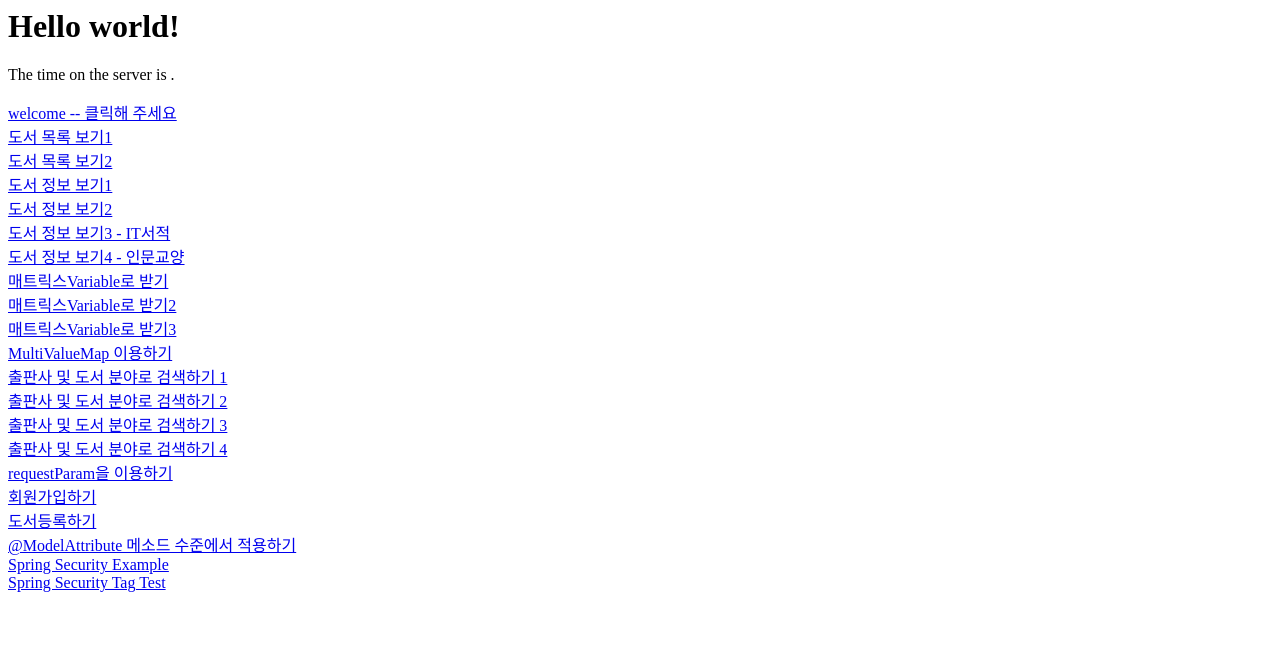
Repository: heojun0827/SpringLegacy
Page: http://localhost/book/WEB-INF/views/home.jsp
These files come from the project's save history. The page is drawn as it stood at one moment and after a run of saves; the edit follows.
The browser window is 1280 px wide. The pictures show the whole page.
The page is served by Tomcat 9. Nobody is signed in. Other server files are loaded and not shown. The template is opened directly, without the code that normally fills it, so the values that code supplies are empty.

Above is the page before, as saved 2023-07-12 07:31:23.

### book/src/main/webapp/WEB-INF/views/home.jsp
<%@ page language="java" contentType="text/html; charset=UTF-8" pageEncoding="UTF-8"%>
<%@ taglib uri="http://java.sun.com/jsp/jstl/core" prefix="c" %>
<%@ page session="false" %>
<html>
<head>
	<title>Home</title>
</head>
<body>
	<h1>
		Hello world!
	</h1>

	<P>  The time on the server is ${serverTime}. </P>
	<a href="/home">welcome -- 클릭해 주세요</a><br>
	<a href="/books">도서 목록 보기1</a><br>
	<a href="/books/all">도서 목록 보기2</a><br>
	<a href="/test/t1/ISBN-13">도서 정보 보기1</a><br>
	<a href="/test/t2/에세이/publisher/대학문화사">도서 정보 보기2</a><br>
	<a href="/books/IT서적">도서 정보 보기3 - IT서적</a><br>
	<a href="/books/인문교양">도서 정보 보기4 - 인문교양</a><br>
	<a href="/test/t3/ISBN=300;category=인문교양">매트릭스Variable로 받기</a><br>
	<a href="/test/t5/ISBN-500;publisher=좋은책/category/IT서적;publisher=아이티">매트릭스Variable로 받기2</a><br>
	<a href="/test/t6/ISBN=600">매트릭스Variable로 받기3</a><br>
	<a href="/test/t7/ISBN=700;publisher=더조은;name=스프링/category/IT서적;publisher=아이티;author=아카데미">MultiValueMap 이용하기</a><br>
	<a href = "/books/filter/bookFilter;publisher=한길사;category=인문교양">출판사 및 도서 분야로 검색하기 1</a><br>
	<a href = "/books/filter/bookFilter;publisher=한빛아카데미;category=IT서적">출판사 및 도서 분야로 검색하기 2</a><br>
	<a href = "/books/filter/bookFilter;publisher=이지스퍼블리싱;category=IT서적"">출판사 및 도서 분야로 검색하기 3</a><br>

	<!--  이지스퍼블리싱 출판사에 도서분야가 IT서적, 인문교양 두개가 있다면 아래와 같이 작성하면됨 -->
	<a href="/books/filter/bookFilter;publisher=이지스퍼블리싱;category=IT서적,인문교양">출판사 및 도서 분야로 검색하기 4</a><br>
	<a href="/test/t8?id=ISBN-1234">requestParam을 이용하기</a><br>

	<a href="/test/regForm">회원가입하기</a><br>
	<a href="/books/regBook">도서등록하기</a><br>

	<a href="/test/t9">@ModelAttribute 메소드 수준에서 적용하기</a><br>

	<a href="/test1">Spring Security Example</a><br>

	<a href="/test/st2">Spring Security Tag Test</a><br>
</body>
</html>

After the next 2 saves:
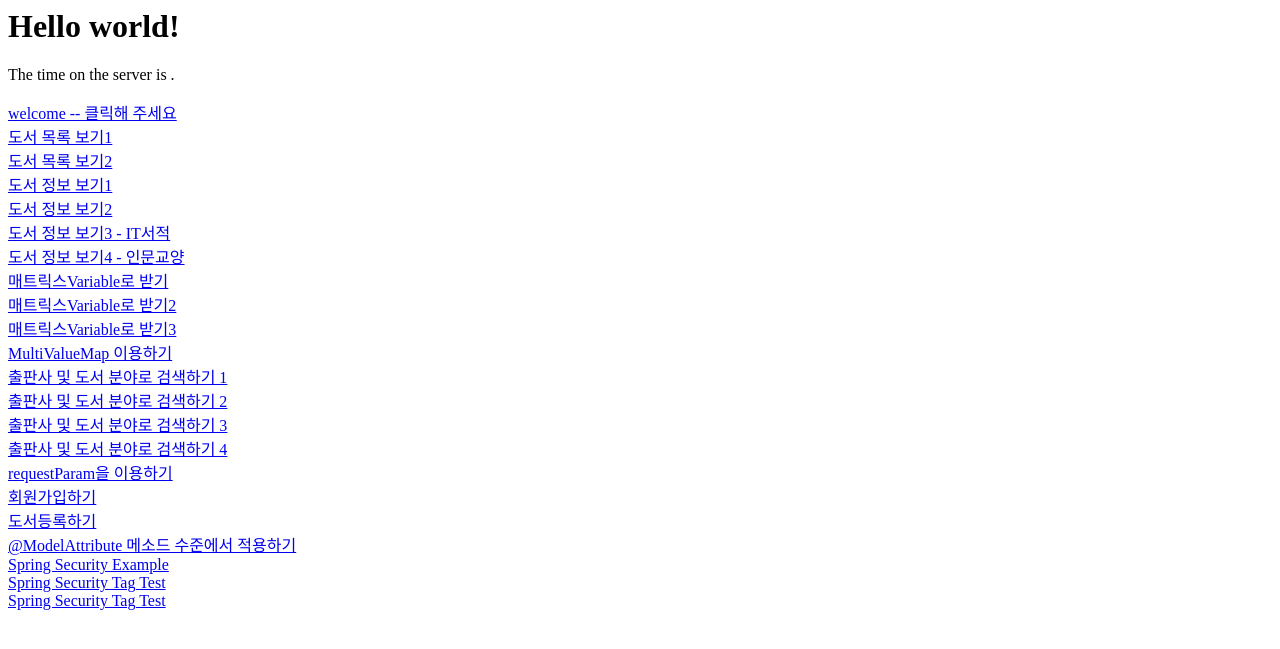
The 2 saves are shown as one change because they came seconds apart.
The last was saved 99 s later.
--- a/book/src/main/webapp/WEB-INF/views/home.jsp
+++ b/book/src/main/webapp/WEB-INF/views/home.jsp
@@ -38,5 +38,7 @@
 	<a href="/test1">Spring Security Example</a><br>
 
 	<a href="/test/st2">Spring Security Tag Test</a><br>
+
+	<a href="/test/st3">Spring Security Tag Test</a><br>
 </body>
 </html>
